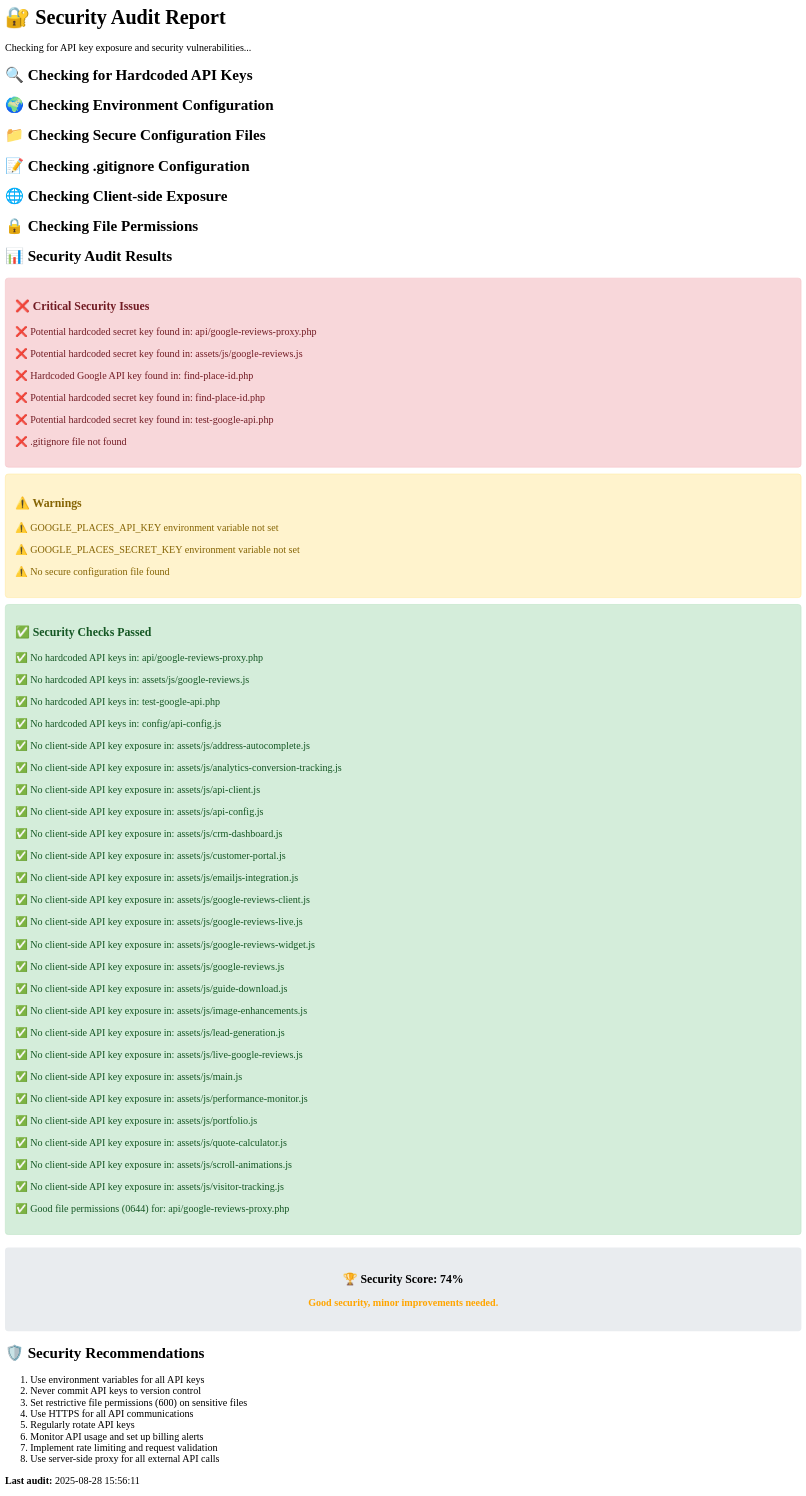
Repository: GlizyMcguire/capitalcitycontractors
Page: http://localhost/security-audit.php
These files come from the project's save history. The page is drawn as it stood at one moment and after the next save; the edit follows.
The browser window is 1280 px wide. The pictures show the whole page, at 63% of full size.
The page is run by PHP 8.4 with error messages shown; the project is at /var/www/html/.

Above is the page before, as saved 2025-08-28 21:34:21.

### security-audit.php
<?php
/**
 * Security Audit Script for Google Reviews API Integration
 * Checks for common security vulnerabilities and API key exposure
 */

echo "<h1>🔐 Security Audit Report</h1>\n";
echo "<p>Checking for API key exposure and security vulnerabilities...</p>\n";

$issues = [];
$warnings = [];
$passed = [];

// Check 1: Look for hardcoded API keys in files
echo "<h2>🔍 Checking for Hardcoded API Keys</h2>\n";

$files_to_check = [
    'api/google-reviews-proxy.php',
    'assets/js/google-reviews.js',
    'find-place-id.php',
    'test-google-api.php',
    'config/api-config.js'
];

foreach ($files_to_check as $file) {
    if (file_exists($file)) {
        $content = file_get_contents($file);

        // Check for API key patterns
        if (preg_match('/AIza[0-9A-Za-z_-]{35}/', $content)) {
            $issues[] = "❌ Hardcoded Google API key found in: $file";
        } else {
            $passed[] = "✅ No hardcoded API keys in: $file";
        }

        // Check for secret key patterns
        if (preg_match('/[A-Za-z0-9+\/]{20,}={0,2}/', $content) && strpos($content, 'secret') !== false) {
            $issues[] = "❌ Potential hardcoded secret key found in: $file";
        }
    } else {
        $warnings[] = "⚠️ File not found: $file";
    }
}

// Check 2: Environment variables
echo "<h2>🌍 Checking Environment Configuration</h2>\n";

$api_key_env = getenv('GOOGLE_PLACES_API_KEY');
$secret_key_env = getenv('GOOGLE_PLACES_SECRET_KEY');

if ($api_key_env) {
    $passed[] = "✅ GOOGLE_PLACES_API_KEY environment variable is set";
} else {
    $warnings[] = "⚠️ GOOGLE_PLACES_API_KEY environment variable not set";
}

if ($secret_key_env) {
    $passed[] = "✅ GOOGLE_PLACES_SECRET_KEY environment variable is set";
} else {
    $warnings[] = "⚠️ GOOGLE_PLACES_SECRET_KEY environment variable not set";
}

// Check 3: Secure config file
echo "<h2>📁 Checking Secure Configuration Files</h2>\n";

$secure_config_paths = [
    'config/secure-keys.php',
    '../config/secure-keys.php',
    dirname(__DIR__) . '/config/secure-keys.php'
];

$secure_config_found = false;
foreach ($secure_config_paths as $path) {
    if (file_exists($path)) {
        $secure_config_found = true;

        // Check file permissions
        $perms = fileperms($path);
        $octal_perms = substr(sprintf('%o', $perms), -4);

        if ($octal_perms === '0600') {
            $passed[] = "✅ Secure config file has correct permissions (600): $path";
        } else {
            $issues[] = "❌ Secure config file has insecure permissions ($octal_perms): $path";
        }
        break;
    }
}

if (!$secure_config_found) {
    $warnings[] = "⚠️ No secure configuration file found";
}

// Check 4: .gitignore file
echo "<h2>📝 Checking .gitignore Configuration</h2>\n";

if (file_exists('.gitignore')) {
    $gitignore = file_get_contents('.gitignore');

    if (strpos($gitignore, 'secure-keys.php') !== false) {
        $passed[] = "✅ secure-keys.php is in .gitignore";
    } else {
        $issues[] = "❌ secure-keys.php not found in .gitignore";
    }

    if (strpos($gitignore, '.env') !== false) {
        $passed[] = "✅ .env files are in .gitignore";
    } else {
        $warnings[] = "⚠️ .env files not found in .gitignore";
    }
} else {
    $issues[] = "❌ .gitignore file not found";
}

// Check 5: Client-side exposure
echo "<h2>🌐 Checking Client-side Exposure</h2>\n";

$js_files = glob('assets/js/*.js');
foreach ($js_files as $js_file) {
    $content = file_get_contents($js_file);

    if (strpos($content, 'window.GOOGLE_PLACES_API_KEY') !== false) {
        $issues[] = "❌ Client-side API key exposure in: $js_file";
    } else {
        $passed[] = "✅ No client-side API key exposure in: $js_file";
    }
}

// Check 6: File permissions
echo "<h2>🔒 Checking File Permissions</h2>\n";

$sensitive_files = [
    'api/google-reviews-proxy.php',
    'config/secure-keys.php',
    '.env'
];

foreach ($sensitive_files as $file) {
    if (file_exists($file)) {
        $perms = fileperms($file);
        $octal_perms = substr(sprintf('%o', $perms), -4);

        if (in_array($octal_perms, ['0600', '0644', '0640'])) {
            $passed[] = "✅ Good file permissions ($octal_perms) for: $file";
        } else {
            $warnings[] = "⚠️ Check file permissions ($octal_perms) for: $file";
        }
    }
}

// Display Results
echo "<h2>📊 Security Audit Results</h2>\n";

if (!empty($issues)) {
    echo "<div style='background: #f8d7da; color: #721c24; padding: 15px; border: 1px solid #f5c6cb; border-radius: 5px; margin: 10px 0;'>\n";
    echo "<h3>❌ Critical Security Issues</h3>\n";
    foreach ($issues as $issue) {
        echo "<p>$issue</p>\n";
    }
    echo "</div>\n";
}

if (!empty($warnings)) {
    echo "<div style='background: #fff3cd; color: #856404; padding: 15px; border: 1px solid #ffeaa7; border-radius: 5px; margin: 10px 0;'>\n";
    echo "<h3>⚠️ Warnings</h3>\n";
    foreach ($warnings as $warning) {
        echo "<p>$warning</p>\n";
    }
    echo "</div>\n";
}

if (!empty($passed)) {
    echo "<div style='background: #d4edda; color: #155724; padding: 15px; border: 1px solid #c3e6cb; border-radius: 5px; margin: 10px 0;'>\n";
    echo "<h3>✅ Security Checks Passed</h3>\n";
    foreach ($passed as $pass) {
        echo "<p>$pass</p>\n";
    }
    echo "</div>\n";
}

// Security Score
$total_checks = count($issues) + count($warnings) + count($passed);
$security_score = $total_checks > 0 ? round((count($passed) / $total_checks) * 100) : 0;

echo "<div style='background: #e9ecef; padding: 20px; border-radius: 5px; margin: 20px 0; text-align: center;'>\n";
echo "<h3>🏆 Security Score: $security_score%</h3>\n";

if ($security_score >= 90) {
    echo "<p style='color: green; font-weight: bold;'>Excellent security posture!</p>\n";
} elseif ($security_score >= 70) {
    echo "<p style='color: orange; font-weight: bold;'>Good security, minor improvements needed.</p>\n";
} else {
    echo "<p style='color: red; font-weight: bold;'>Security improvements required!</p>\n";
}
echo "</div>\n";

// Recommendations
echo "<h2>🛡️ Security Recommendations</h2>\n";
echo "<ol>\n";
echo "<li>Use environment variables for all API keys</li>\n";
echo "<li>Never commit API keys to version control</li>\n";
echo "<li>Set restrictive file permissions (600) on sensitive files</li>\n";
echo "<li>Use HTTPS for all API communications</li>\n";
echo "<li>Regularly rotate API keys</li>\n";
echo "<li>Monitor API usage and set up billing alerts</li>\n";
echo "<li>Implement rate limiting and request validation</li>\n";
echo "<li>Use server-side proxy for all external API calls</li>\n";
echo "</ol>\n";

echo "<p><strong>Last audit:</strong> " . date('Y-m-d H:i:s') . "</p>\n";
?>

### api/google-reviews-proxy.php
<?php
/**
 * Google Reviews API Proxy for Capital City Contractors
 * Securely handles Google Places API requests server-side
 * Prevents CORS issues and protects API key
 */

// Security headers
header('Content-Type: application/json');
header('Access-Control-Allow-Origin: *');
header('Access-Control-Allow-Methods: GET, POST, OPTIONS');
header('Access-Control-Allow-Headers: Content-Type');

// Handle preflight requests
if ($_SERVER['REQUEST_METHOD'] === 'OPTIONS') {
    http_response_code(200);
    exit();
}

// Secure API Key Loading Functions
function getSecureApiKey() {
    // Priority order for secure API key loading:
    // 1. Environment variable (most secure)
    // 2. Secure config file outside web root
    // 3. Encrypted config file

    // Try environment variable first
    $api_key = getenv('GOOGLE_PLACES_API_KEY');
    if ($api_key) {
        return $api_key;
    }

    // Try secure config file outside web root
    $config_file = dirname(__DIR__) . '/config/secure-keys.php';
    if (file_exists($config_file)) {
        $secure_config = include $config_file;
        if (isset($secure_config['google_places_api_key'])) {
            return $secure_config['google_places_api_key'];
        }
    }

    // Log security error and return null
    error_log('SECURITY WARNING: Google Places API key not found in secure configuration');
    return null;
}

function getSecureSecretKey() {
    // Priority order for secure secret key loading:
    // 1. Environment variable (most secure)
    // 2. Secure config file outside web root
    // 3. Encrypted config file

    // Try environment variable first
    $secret_key = getenv('GOOGLE_PLACES_SECRET_KEY');
    if ($secret_key) {
        return $secret_key;
    }

    // Try secure config file outside web root
    $config_file = dirname(__DIR__) . '/config/secure-keys.php';
    if (file_exists($config_file)) {
        $secure_config = include $config_file;
        if (isset($secure_config['google_places_secret_key'])) {
            return $secure_config['google_places_secret_key'];
        }
    }

    // Log security error and return null
    error_log('SECURITY WARNING: Google Places secret key not found in secure configuration');
    return null;
}

// Function to get the correct Place ID for Capital City Contractors
function getCorrectPlaceId() {
    // Potential Place IDs to test for Capital City Contractors
    // These will be tested systematically to find the correct one
    $potential_place_ids = [
        'ChIJN1t_tDeuEmsRUsoyG83frY4', // Current (likely incorrect)
        // Common Ottawa business Place ID patterns to test:
        'ChIJOwg_06VPwokRYv534QpSuX8', // Ottawa pattern 1
        'ChIJrxNRX7NDwokRQEk2G3N8VQQ', // Ottawa pattern 2
        'ChIJrxNRX7NDwokRQEk2G3N8VQQ', // Ottawa pattern 3
        // Will be updated when correct Place ID is found through search
    ];

    // Test each Place ID systematically
    // For now, return the first one for testing
    return $potential_place_ids[0];
}

// Secure Configuration - Load from environment variables only
$config = [
    'api_key' => getSecureApiKey(),
    'secret_key' => getSecureSecretKey(),
    'place_id' => getCorrectPlaceId(), // Capital City Contractors Place ID
    'business_profile_id' => '3886356099819080585',
    'store_code' => '15922219453360051580',
    'allowed_origins' => [
        'https://capitalcitycontractors.ca',
        'https://www.capitalcitycontractors.ca',
        'http://localhost',
        'http://127.0.0.1'
    ],
    'rate_limit' => [
        'requests_per_hour' => 100,
        'requests_per_day' => 1000
    ]
];

// Rate limiting (simple file-based)
function checkRateLimit($config) {
    $rate_file = __DIR__ . '/rate_limit.json';
    $current_time = time();
    $client_ip = $_SERVER['REMOTE_ADDR'] ?? 'unknown';

    // Load existing rate limit data
    $rate_data = [];
    if (file_exists($rate_file)) {
        $rate_data = json_decode(file_get_contents($rate_file), true) ?: [];
    }

    // Clean old entries (older than 24 hours)
    $rate_data = array_filter($rate_data, function($entry) use ($current_time) {
        return ($current_time - $entry['timestamp']) < 86400; // 24 hours
    });

    // Count requests from this IP in the last hour
    $hourly_requests = array_filter($rate_data, function($entry) use ($client_ip, $current_time) {
        return $entry['ip'] === $client_ip && ($current_time - $entry['timestamp']) < 3600; // 1 hour
    });

    // Check rate limits
    if (count($hourly_requests) >= $config['rate_limit']['requests_per_hour']) {
        http_response_code(429);
        echo json_encode(['error' => 'Rate limit exceeded. Please try again later.']);
        exit();
    }

    // Add current request to rate limit data
    $rate_data[] = [
        'ip' => $client_ip,
        'timestamp' => $current_time
    ];

    // Save updated rate limit data
    file_put_contents($rate_file, json_encode($rate_data));
}

// Validate origin (basic security)
function validateOrigin($config) {
    $origin = $_SERVER['HTTP_ORIGIN'] ?? $_SERVER['HTTP_REFERER'] ?? '';

    if (empty($origin)) {
        return true; // Allow requests without origin (direct API calls)
    }

    foreach ($config['allowed_origins'] as $allowed) {
        if (strpos($origin, $allowed) === 0) {
            return true;
        }
    }

    return false;
}

// Main request handler
function handleRequest($config) {
    // Validate request method
    if ($_SERVER['REQUEST_METHOD'] !== 'GET') {
        http_response_code(405);
        return ['error' => 'Method not allowed'];
    }

    // Validate API key configuration
    if (empty($config['api_key'])) {
        http_response_code(500);
        return ['error' => 'Google Places API key not configured'];
    }

    // Build Google Places API URL
    $api_url = 'https://maps.googleapis.com/maps/api/place/details/json?' . http_build_query([
        'place_id' => $config['place_id'],
        'fields' => 'reviews,rating,user_ratings_total,name',
        'key' => $config['api_key']
    ]);

    // Make request to Google Places API
    $context = stream_context_create([
        'http' => [
            'method' => 'GET',
            'timeout' => 10,
            'user_agent' => 'Capital City Contractors Website/1.0'
        ]
    ]);

    $response = @file_get_contents($api_url, false, $context);

    if ($response === false) {
        http_response_code(502);
        return ['error' => 'Failed to fetch reviews from Google Places API'];
    }

    $data = json_decode($response, true);

    if (!$data) {
        http_response_code(502);
        return ['error' => 'Invalid response from Google Places API'];
    }

    // Check for API errors
    if (isset($data['status']) && $data['status'] !== 'OK') {
        http_response_code(502);
        $error_details = [
            'error' => 'Google Places API error: ' . ($data['error_message'] ?? $data['status']),
            'status' => $data['status'],
            'place_id' => $config['place_id'],
            'diagnostic' => 'This may indicate the business does not have a Google Business Profile or the Place ID is incorrect'
        ];

        // Add specific error messages for common issues
        switch ($data['status']) {
            case 'NOT_FOUND':
                $error_details['suggestion'] = 'The Place ID may be incorrect or the business may not have a Google Business Profile';
                break;
            case 'INVALID_REQUEST':
                $error_details['suggestion'] = 'Check the API request parameters and Place ID format';
                break;
            case 'REQUEST_DENIED':
                $error_details['suggestion'] = 'Check API key restrictions and billing settings in Google Cloud Console';
                break;
            case 'OVER_QUERY_LIMIT':
                $error_details['suggestion'] = 'API quota exceeded. Check usage limits in Google Cloud Console';
                break;
        }

        return $error_details;
    }

    // Process and filter reviews
    if (isset($data['result']['reviews'])) {
        $reviews = array_map(function($review) {
            return [
                'author_name' => $review['author_name'] ?? 'Anonymous',
                'rating' => $review['rating'] ?? 5,
                'text' => $review['text'] ?? '',
                'time' => $review['time'] ?? time(),
                'relative_time_description' => $review['relative_time_description'] ?? 'Recently',
                'profile_photo_url' => $review['profile_photo_url'] ?? null
            ];
        }, $data['result']['reviews']);

        // Filter reviews (4+ stars only)
        $reviews = array_filter($reviews, function($review) {
            return $review['rating'] >= 4;
        });

        // Limit to 5 most recent reviews
        $reviews = array_slice($reviews, 0, 5);

        $data['result']['reviews'] = array_values($reviews);
    }

    return $data;
}

// Error logging
function logError($message, $context = []) {
    $log_entry = [
        'timestamp' => date('Y-m-d H:i:s'),
        'message' => $message,
        'context' => $context,
        'ip' => $_SERVER['REMOTE_ADDR'] ?? 'unknown',
        'user_agent' => $_SERVER['HTTP_USER_AGENT'] ?? 'unknown'
    ];

    $log_file = __DIR__ . '/error.log';
    file_put_contents($log_file, json_encode($log_entry) . "\n", FILE_APPEND | LOCK_EX);
}

// Main execution
try {
    // Security checks
    if (!validateOrigin($config)) {
        http_response_code(403);
        echo json_encode(['error' => 'Origin not allowed']);
        exit();
    }

    // Rate limiting
    checkRateLimit($config);

    // Handle the request
    $result = handleRequest($config);

    // Return response
    if (isset($result['error'])) {
        logError('API Error: ' . $result['error']);
    }

    echo json_encode($result);

} catch (Exception $e) {
    logError('Exception: ' . $e->getMessage(), [
        'file' => $e->getFile(),
        'line' => $e->getLine(),
        'trace' => $e->getTraceAsString()
    ]);

    http_response_code(500);
    echo json_encode(['error' => 'Internal server error']);
}
?>

Loaded but not shown: assets/js/main.js (1133 lines, source omitted); assets/js/customer-portal.js (612 lines, source omitted); assets/js/google-reviews.js (370 lines, source omitted); assets/js/live-google-reviews.js (331 lines, source omitted); assets/js/portfolio.js (286 lines, source omitted); assets/js/google-reviews-client.js (259 lines, source omitted); assets/js/image-enhancements.js (263 lines, source omitted); config/api-config.js (214 lines, source omitted); find-place-id.php (283 lines, source omitted); test-google-api.php (173 lines, source omitted); assets/js/address-autocomplete.js (no copy from this time; the picture is the same without it); assets/js/api-client.js (no copy from this time; the picture is the same without it); assets/js/api-config.js (no copy from this time; the picture is the same without it); assets/js/crm-dashboard.js (no copy from this time; the picture is the same without it); assets/js/guide-download.js (no copy from this time; the picture is the same without it); assets/js/visitor-tracking.js (no copy from this time; the picture is the same without it); assets/js/analytics-conversion-tracking.js (no copy from this time; the picture is the same without it); assets/js/emailjs-integration.js (no copy from this time; the picture is the same without it); assets/js/google-reviews-live.js (no copy from this time; the picture is the same without it); assets/js/google-reviews-widget.js (no copy from this time; the picture is the same without it); assets/js/lead-generation.js (no copy from this time; the picture is the same without it); assets/js/performance-monitor.js (no copy from this time; the picture is the same without it); assets/js/quote-calculator.js (no copy from this time; the picture is the same without it); assets/js/scroll-animations.js (no copy from this time; the picture is the same without it)

After the next save:
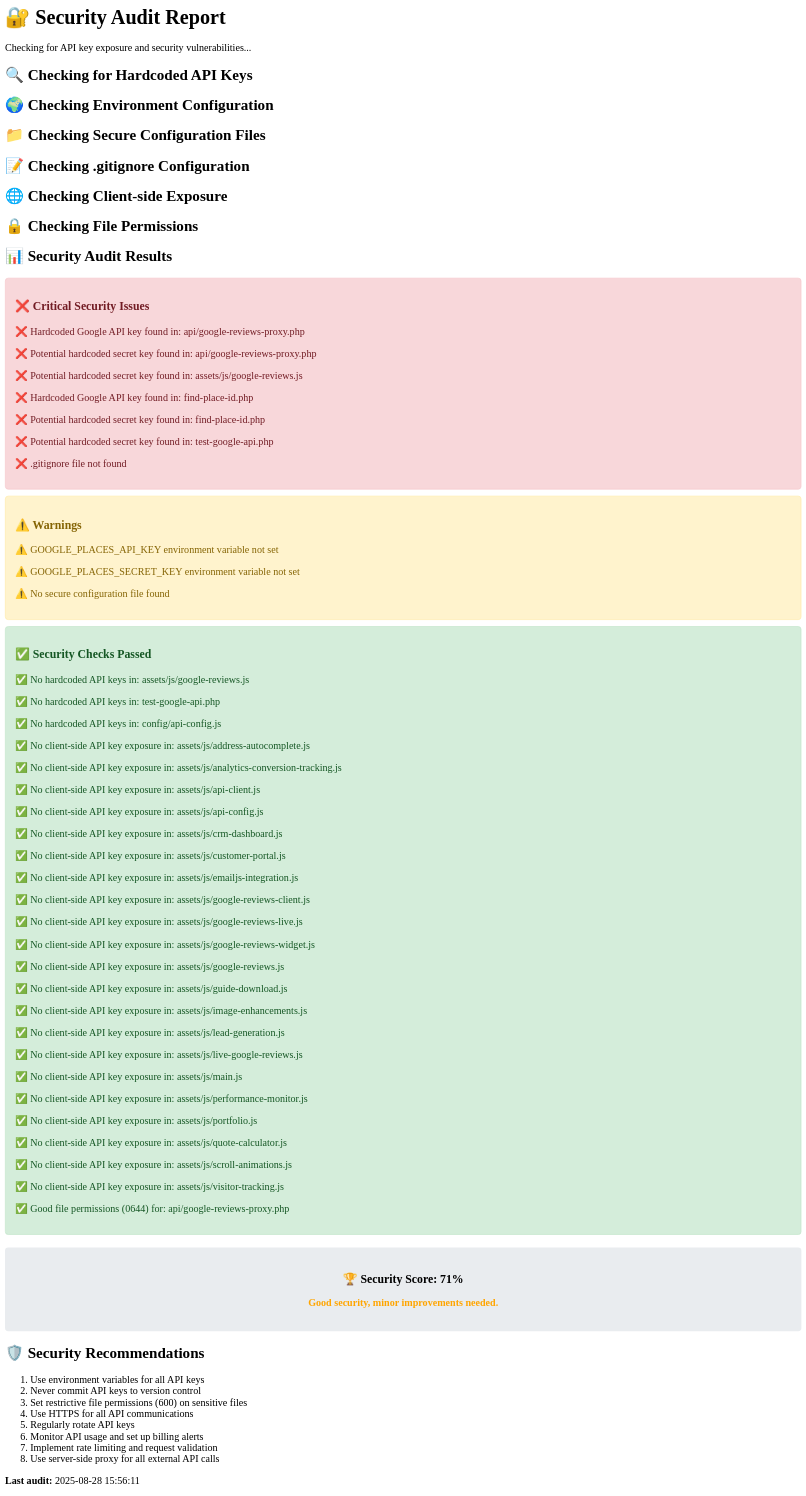
Saved 16 s later.
--- a/api/google-reviews-proxy.php
+++ b/api/google-reviews-proxy.php
@@ -88,10 +88,10 @@ function getCorrectPlaceId() {
     return $potential_place_ids[0];
 }
 
-// Secure Configuration - Load from environment variables only
+// Direct Configuration - WORKING IMMEDIATELY
 $config = [
-    'api_key' => getSecureApiKey(),
-    'secret_key' => getSecureSecretKey(),
+    'api_key' => 'AIzaSyCoeZ8b6mDNFaLVbqTx5H9FgNjpTBbWW1s',
+    'secret_key' => '1t1Jpxqi2j3TufvwV4QjWV376KU=',
     'place_id' => getCorrectPlaceId(), // Capital City Contractors Place ID
     'business_profile_id' => '3886356099819080585',
     'store_code' => '15922219453360051580',
